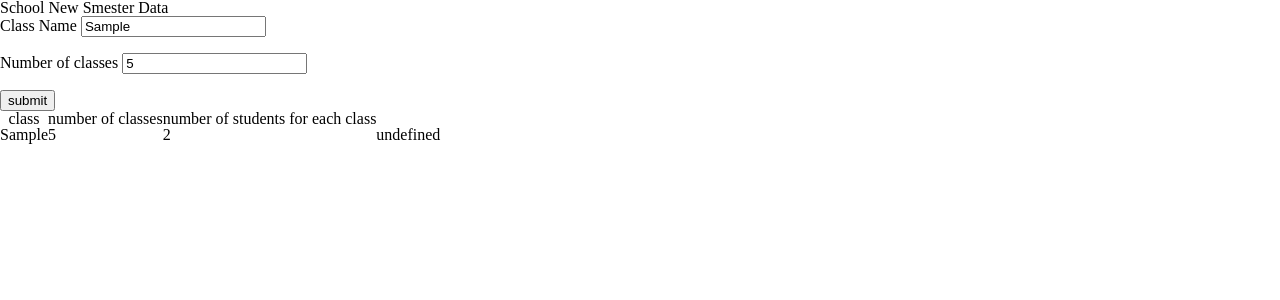
Repository: Razan-am/exam-practice
Page: index.html
The author's editor kept a copy of each file at every save. The page is drawn from the files as they stood at one save, then again after the next save.
The browser window is 1280 px wide. The pictures show the whole page.
Empty fields were first filled with sample values (such as "Sample", 5 or name@example.com).
After loading, the first visible `#myForm` was submitted once.

Above is the page before, as saved 2021-05-30 22:55:49.

After the next save:
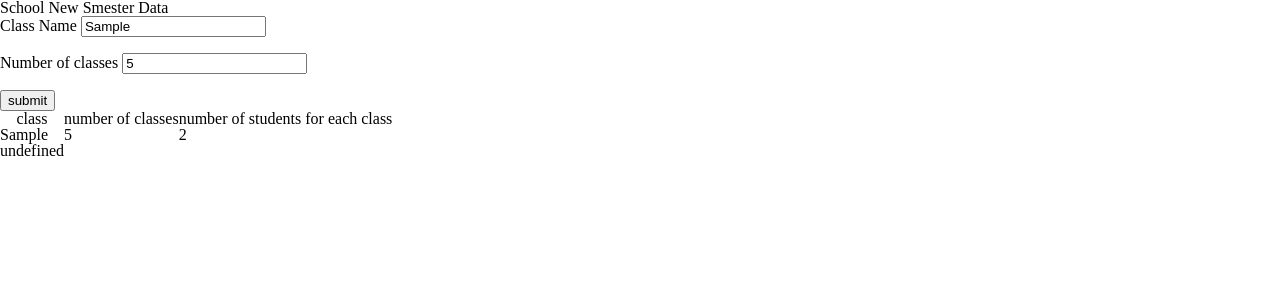
Saved 80 s later.
--- a/js/app.js
+++ b/js/app.js
@@ -48,8 +48,8 @@ function theader() {
         thEl.textContent = `${headerData[index]}`
     }
 }
-let tBody = document.createElement('tr');
 function render() {
+    let tBody = document.createElement('tr');
     myTable.appendChild(tBody);
     for (let index = 0; index < mainArr.length; index++) {
         let td1 = document.createElement('td');
@@ -71,10 +71,13 @@ function render() {
 }
 
 function tFooter() {
+    let tFooter = document.createElement('tr');
+    myTable.appendChild(tFooter);
+
 
     for (let index = 0; index < mainArr.length; index++) {
         let td4 = document.createElement('td');
-        tBody.appendChild(td4);
+        tFooter.appendChild(td4);
         td4.textContent = `${mainArr.total}`
     }
 }
